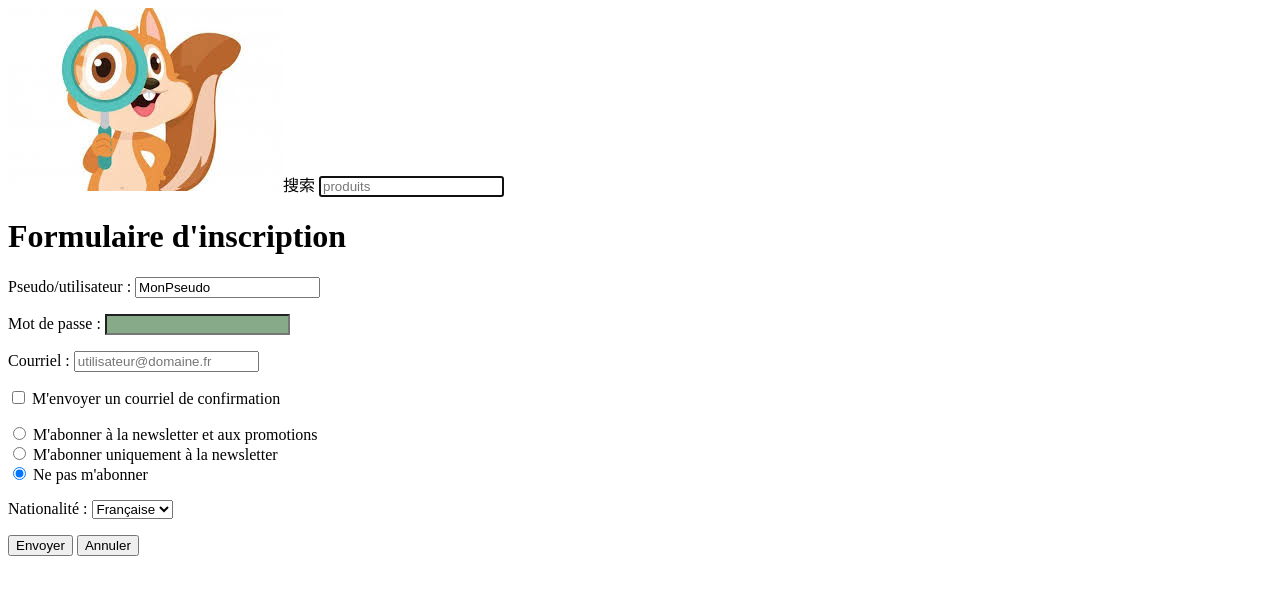
Repository: clairedupuich/excercice
Page: javaScript/Gestion les formulaires /formulaires.html
An editor plug-in stored every save of this project. The page is shown before and after a run of saves, followed by the edit.
The browser window is 1280 px wide. The pictures show the whole page.
The pointer rests on the first visible `#mdp`.

Above is the page before, as saved 2020-10-14 22:37:47.

### javaScript/Gestion les formulaires /formulaires.html
<!doctype html>
<html>

<head>
    <meta charset="utf-8">
    <title>Manipulation des formulaires</title>
    <link rel="stylesheet" href="formulaires.css">
</head>

<body>
    <!--允许客户注册的表格-->
    <form>
        <label for="ps"><span><img src="téléchargement.jpeg"></span>搜索</label>  <input type="search" id= "ps" placeholder="produits" name="搜索"/>
        <h1>Formulaire d'inscription</h1>
        <p>
            <label for="pseudo">Pseudo/utilisateur</label> :
            <input type="text" id="pseudo" name="pseudo" required>
            <span id="aidePseudo"></span>
        </p>
        <p>
            <label for="mdp">Mot de passe</label> :
            <input type="password" name="mdp" id="mdp" required>
            <span id="aideMdp"></span>
        </p>
        <p>
            <label for="courriel">Courriel</label> :
            <input type="email" name="courriel" id="courriel" required placeholder="utilisateur@domaine.fr">
            <span id="aideCourriel"></span>
        </p>
        <p>
            <input type="checkbox" name="confirmation" id="confirmation"><!--checkbox复选框 confirmation确认-->
            <label for="confirmation">M'envoyer un courriel de confirmation</label>
        </p>
        <p>
            <input type="radio" name="abonnement" id="abonewspromo" value="abonewspromo">
            <label for="abonewspromo">M'abonner à la newsletter et aux promotions</label>
            <br>
            <input type="radio" name="abonnement" id="abonews" value="abonews订新闻">
            <label for="abonews">M'abonner uniquement à la newsletter</label>
            <br>
            <input type="radio" name="abonnement" id="aborien" value="aborien不订" checked>
            <label for="aborien">Ne pas m'abonner</label>
            <br>
        </p>
        <p>
            <label for="nationalite">Nationalité :</label>
            <select name="nationalite" id="nationalite">
                <option value="FR" selected>Française</option>
                <option value="中国">Chinoise</option>
                <option value="SUI">Suisse</option>
                <option value="XX">Autre</option>
            </select>
        </p>

        <input type="submit" value="Envoyer">
        <input type="reset" value="Annuler">
    </form>

    <script type="text/javascript" src="formulaires.js"></script>
</body>

</html>
<!--
<input type="number" />
number
text
password
email
url
tel
checkbox复选框 勾选此项或不勾选此项
radio 从依次列出的项目中勾选一项，默认只能选其中一项不能多选。
submit
reset 重启 这里为取消
以上都是input的type=""类型
checked 已检查 一般要放在Annuler按钮的input中，提示。。。。。。。。。。。。。
select 选择 有下拉框时代替input，与label组队，它不是自动结尾的，为<select> </select>，里面包含若干<option>。
option 选项 select里的选项，一般要设置其value值。
selected 已选 放在option里，表示此项被默认选中。
email类型input里的placeholder是。。。您可以使用来指示该字段的内容 placeholder  。访客在字段中单击后，该指示将消失。

input里的name是为PHP文件准备的，这将使您（例如在PHP中）识别信息的来源
要将标签链label接到该字段input或 select 或textarea ，您必须为其赋予一个属性for  ，该属性应 具有与该id  字段相同的值

一些其他属性
您可以向标记添加许多其他属性 <input />  以自定义其操作：
您可以用 size  ;
您可以限制可以输入的字符数 maxlength  ；
您可以使用value  ；使用默认值预填充字段 ，访客不删除不会自动消失；
您可以使用来指示该字段的内容 placeholder  。访客在字段中单击后，该指示将消失。
您可以<textarea>  使用默认值对其进行预填充 。在这种情况下，我们不使用属性 value  ：我们只是在开始标记和结束标记之间编写默认文本！
-->

### javaScript/Gestion les formulaires /formulaires.css
#mdp:hover {
    background-color: rgb(135, 170, 136);
}

### javaScript/Gestion les formulaires /formulaires.js
/* 您可能已经注意到，标记<form> 不包含通常的action和属性method。这些属性用于定义从服务器请求
的资源以及用于此请求的请求类型。由于我们的表单将仅使用JavaScript在客户端进行管理，因此此处多余。 */


/* 可以使用属性访问文本框的值valueDOM元素匹配项。通过为该属性赋予新值，我们修改了显示在文本区域中的值。
value和 placeholder一起使用时，前者一般会覆盖后者，等value的值被用户在页面上删除后，placeholder的
值会紧跟着显示出来。
 */
let pseudoElt = document.getElementById("pseudo");
pseudoElt.value = "MonPseudo";
pseudoElt.placeholder = "dit bojour à claire";
//聚焦和失焦的管理
// Affichage d'un message contextuel pour la saisie du pseudo聚焦
 pseudoElt.addEventListener("focus", function () {
    document.getElementById("aidePseudo").innerHTML = "Entrez votre pseudo";
});

// Suppression du message contextuel pour la saisie du pseudo失焦
 pseudoElt.addEventListener("blur", function (e) {
    document.getElementById("aidePseudo").textContent = "";
});

// Focus sur la zone de saisie du pseudo在JavaScript代码中，
//您可以通过在DOM元素上调用方法focus（以获取焦点）和blur（除去焦点）来修改输入目标。
pseudoElt.focus();
pseudoElt.blur();
//上述代码通常不起作用，最后在网上找到了一个方法，用延时可以解决这个问题，代码如下：
//自动获取帐号的焦点
setTimeout("document.getElementById('ps').focus()",20);
/* 复选框
当框更改值时，Event与事件关联的对象具有布尔属性checked，该属性指示框的新状态（选中/未选中）。
下面的代码示例处理change复选框上的事件，以在控制台中显示用户单击复选框或关联标签时所做的选择。 */
// Affichage de la demande de confirmation d'inscription
//e.target.checked返回复选框是否已经检查的布尔值
document.getElementById("confirmation").addEventListener("change", function (e) {
    console.log("Demande de confirmation : " + e.target.checked);
});

/* 单选按钮radio
一组单选按钮允许用户在几种可能性中进行单个选择。我们使用<input type="radio"> 具有相同name和不同value。
以下代码示例change在每个单选按钮上为类型事件添加了相同的处理程序，以便在控制台中显示所选的事件类型。 */
// Affichage du type d'abonnement choisi
//e.target.value显示事件目标的value值
var aboElts = document.getElementsByName("abonnement");
for (var i = 0; i < aboElts.length; i++) {
    aboElts[i].addEventListener("change", function (e) {
        console.log("Formule d'abonnement choisie : " + e.target.value);
    });
}

/* 下拉式清单
以下代码示例使用change在下拉列表上触发的类型事件来显示新选择（与选择关联value的标记的属性<option>）。 */
// Affichage du code de nationalité choisi
document.getElementById("nationalite").addEventListener("change", function (e) {
    console.log("Code de nationalité : " + e.target.value);
});

/*
访问表单字段
<form> 定义形式的标签对应于DOM的元素。此元素具有elements对表单的输入字段进行分组的属性。
您可以使用它从名称（属性name）或从其索引（以表单的出现顺序）访问字段。
下面的示例显示有关初始表单输入字段的一些信息。 */
var form = document.querySelector("form");//定位到表格
console.log("Nombre de champs de saisie : " + form.elements.length); //这里指表格里input,select,textetra类的个数
console.log(form.elements[0].name);//第一个表格元素的名字
console.log(form.elements.mdp.type); //这里的mdp应该是form中某个input的名字，用来查询它的类型

/* 提交表格
提交表单会导致将其数据发送到action属性标识的资源地址
下面的示例代码在控制台中显示用户输入或选择的所有信息，然后
使用该方法 preventDefault取消发送表单数据。 */
// Affiche de toutes les données saisies ou choisies
form.addEventListener("submit", function (e) {
    var pseudo = form.elements.pseudo.value;
    var mdp = form.elements.mdp.value;
    var courriel = form.elements.courriel.value;
    console.log("Vous avez choisi le pseudo " + pseudo + ", le mot de passe " +
        mdp + " et le courriel " + courriel);
    if (form.elements.confirmation.checked) {
        console.log("Vous avez demandé une confirmation d'inscription par courriel");
    } else {
        console.log("Vous n'avez pas demandé de confirmation d'inscription par courriel");
    }
    switch (form.elements.abonnement.value) {
    case "abonewspromo":
        console.log("Vous êtes abonné(e) à la newsletter et aux promotions");
        break;
    case "abonews":
        console.log("Vous êtes abonné(e) à la newsletter");
        break;
    case "aborien":
        console.log("Vous n'êtes abonné(e) à rien");
        break;
    default:
        console.log("Erreur : code d'abonnement non reconnu");
    }
    switch (form.elements.nationalite.value) {
    case "FR":
        console.log("Vous êtes français(e)");
        break;
    case "BE":
        console.log("Vous êtes belge");
        break;
    case "SUI":
        console.log("Vous êtes suisse");
        break;
    default:
        console.log("Erreur : code de nationalité non reconnu");
    }
    e.preventDefault(); // Annulation de l'envoi des données取消发送以上所有数据。
});

/* 验证输入数据
有效性检查可以通过几种方式完成，可以结合使用：

1 输入数据时；
2 在数据输入结束时；
3 用户提交表单时。
最后一种技术只是submit在表单的事件处理程序中添加检查。我们将仔细研究其他两个。
输入时验证
输入期间的验证基于事件的使用，input每次修改其值时都会在输入区域上触发事件。
以下代码示例input在密码输入框上添加了事件处理程序。该管理员检查输入密码的长度（字符数），并以适当的内容和颜色向用户显示一条消息。
 */
// Vérification de la longueur du mot de passe saisi
document.getElementById("mdp").addEventListener("input", function (e) {
    var mdp = e.target.value; // Valeur saisie dans le champ mdp
    var longueurMdp = "faible";
    var couleurMsg = "red"; // Longueur faible => couleur rouge
    if (mdp.length >= 8) {
        longueurMdp = "suffisante";
        couleurMsg = "green"; // Longueur suffisante => couleur verte
    } else if (mdp.length >= 4) {
        longueurMdp = "moyenne";
        couleurMsg = "orange"; // Longueur moyenne => couleur orange
    }
    var aideMdpElt = document.getElementById("aideMdp");
    aideMdpElt.textContent = "Longueur : " + longueurMdp; // Texte de l'aide
    aideMdpElt.style.color = couleurMsg; // Couleur du texte de l'aide
});

/* 条目末尾的验证
文本区域中条目的结尾对应于此区域失去焦点，这会触发blur可用于检查输入数据的类型的事件的出现。
例如，假设我们要控制表单用户输入的电子邮件。首先，我们只想检查@输入电子邮件中字符的存在。为此，
我们可以使用JavaScript indexOf方法，该方法 允许您在字符串中搜索值，如果找不到该值，则返回值-1。
这是与此验证关联的JavaScript代码。 */
// Contrôle du courriel en fin de saisie
document.getElementById("courriel").addEventListener("blur", function (e) {
    var validiteCourriel = "";
    if (e.target.value.indexOf("@") === -1) {
        // Le courriel saisi ne contient pas le caractère @
        validiteCourriel = "Adresse invalide";
    }
    document.getElementById("aideCourriel").textContent = validiteCourriel;
});

/* 使用正则表达式
我们先前的检查至少可以说是原始的：字符串至少包含一次字符@以使其成为有效的电子邮件地址是不够的。可以使用正则表达式定义更严格的检查条件。
一个正则表达式，也被称为常规表达式，定义了一个模式，我们将比较字符串找到（或没有）的比赛。大多数编程语言都允许您使用正则表达式。
首先，让我们尝试使用正则表达式来表达我们上面用方法编写的相同内容indexOf：@字符串中字符的存在。这是相关的JavaScript代码。*/
var regex = /@/; // La chaîne doit contenir le caractère @
console.log(regex.test("")); // Affiche false
console.log(regex.test("@")); // Affiche true
console.log(regex.test("sophie&mail.fr")); // Affiche false
console.log(regex.test("sophie@mail.fr")); // Affiche true
/* 观察此表，我们可以得出以下推论：
方括号[] 定义了一系列字符。在此范围内包含至少一个字符的任何字符串都将匹配该模式。
这些模式[a-z] 和[A-Z] 允许你分别搜索字母表中的任何字母，在大写或小写。
等价的模式[0-9] 并\d 允许您搜索数字。
句点字符.用于替换任何字符。
字符\（“反斜杠”或“反斜杠”）表示应照此查找后面的字符。例如，\. 允许您查找字符.。
该字符+允许您查找在它之前的一个或多个表达式。
该字符*用于查找零个或多个出现在其前面的表达式。 */
//在我们的示例中，这是如何实现此技术的方法。修改blur电子邮件输入区域上的事件处理程序，如下所示。
// Contrôle du courriel en fin de saisie
document.getElementById("courriel").addEventListener("blur", function (e) {
    // Correspond à une chaîne de la forme xxx@yyy.zzz
    var regexCourriel = /.+@.+\..+/;
    var validiteCourriel = "";
    if (!regexCourriel.test(e.target.value)) {
        validiteCourriel = "Adresse invalide";
    }
    document.getElementById("aideCourriel").textContent = validiteCourriel;
});

After the next 2 saves:
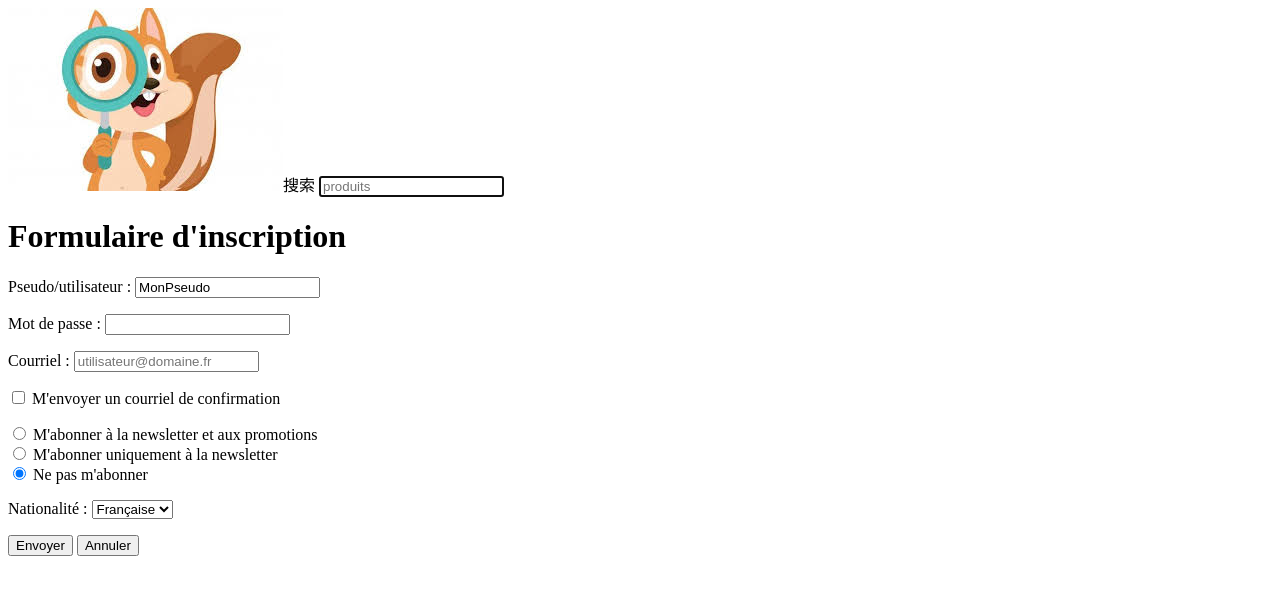
The 2 saves are shown as one change because they came seconds apart.
The last was saved 48 s later.
--- a/javaScript/Gestion les formulaires /formulaires.css
+++ b/javaScript/Gestion les formulaires /formulaires.css
@@ -1,3 +1,3 @@
-#mdp:hover {
+#mdp:focus {
     background-color: rgb(135, 170, 136);
 }
